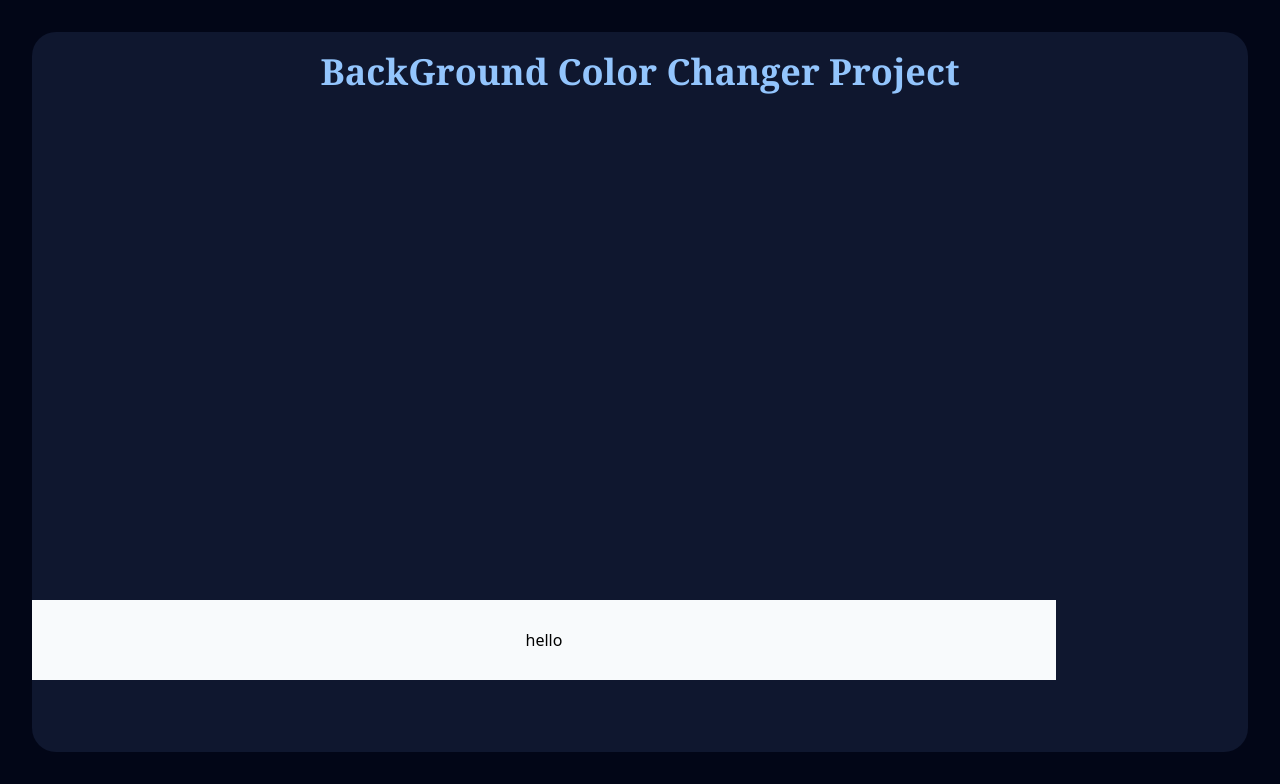
Repository: ChaitanyMishra/react-daily-work
Page: / (app in day-04-react/bg_color_changer/)
An editor plug-in stored every save of this project. The page is shown before and after the next save, followed by the edit.
The browser window is 1280 px wide. The pictures show the whole page.
The project was rebuilt for these pictures with package versions that can differ from the ones it lists, and the page was loaded fresh each time. Also part of the build but not shown: day-04-react/bg_color_changer/vite.config.js.

Above is the page before, as saved 2025-06-20 17:07:35.

### day-04-react/bg_color_changer/src/index.css
@tailwind base;
@tailwind components;
@tailwind utilities;
body{
  @apply bg-slate-950
}

### day-04-react/bg_color_changer/src/App.jsx
import {useState } from 'react'
import ChangeBgColor from './backGrounColorChanger/bgChange'

import './App.css'

function App() {
  const [colorState , changeColor] = useState('#0f172f')

  return (
    <div className='w-full h-screen rounded-3xl ' style={{backgroundColor: colorState}}>

    <h1 className=' pt-5 text-4xl font-serif font-bold text-blue-300 '>BackGround Color Changer Project</h1>

    <ChangeBgColor />
    </div>

  )


}

export default App

### day-04-react/bg_color_changer/src/backGrounColorChanger/bgChange.jsx
export default function ChangeBgColor(){
    return(
        <div className=" h-[5rem] w-[80%] bg-slate-50 flex flex-wrap justify-center items-center m-auto bottom-10 fixed ">
            hello
        </div>

    )


}

Loaded but not shown: day-04-react/bg_color_changer/index.html (common file); day-04-react/bg_color_changer/src/main.jsx (common file); day-04-react/bg_color_changer/src/App.css (common file); day-04-react/bg_color_changer/tailwind.config.js (common file)

After the next save:
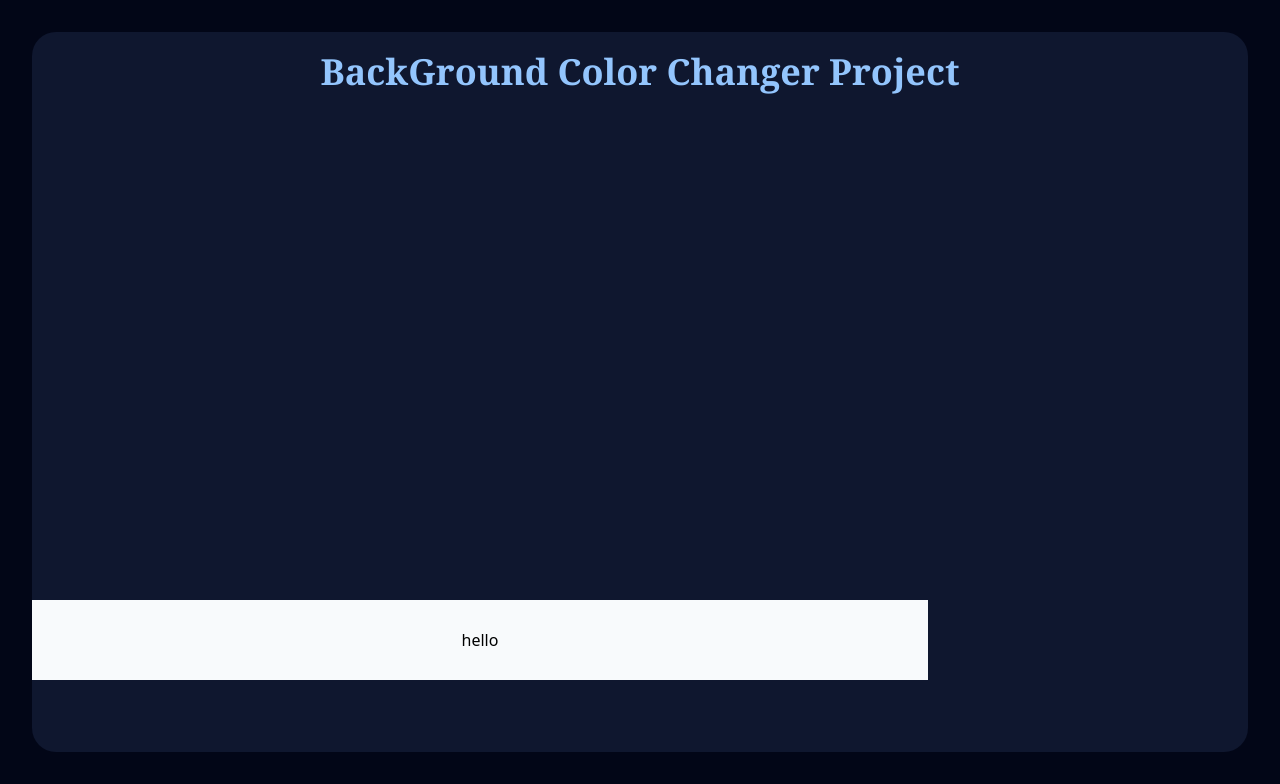
Saved 16 s later.
--- a/day-04-react/bg_color_changer/src/backGrounColorChanger/bgChange.jsx
+++ b/day-04-react/bg_color_changer/src/backGrounColorChanger/bgChange.jsx
@@ -1,6 +1,6 @@
 export default function ChangeBgColor(){
     return(
-        <div className=" h-[5rem] w-[80%] bg-slate-50 flex flex-wrap justify-center items-center m-auto bottom-10 fixed ">
+        <div className=" h-[5rem] w-[70%] bg-slate-50 flex flex-wrap justify-center items-center m-auto bottom-10 fixed ">
             hello
         </div>
 
